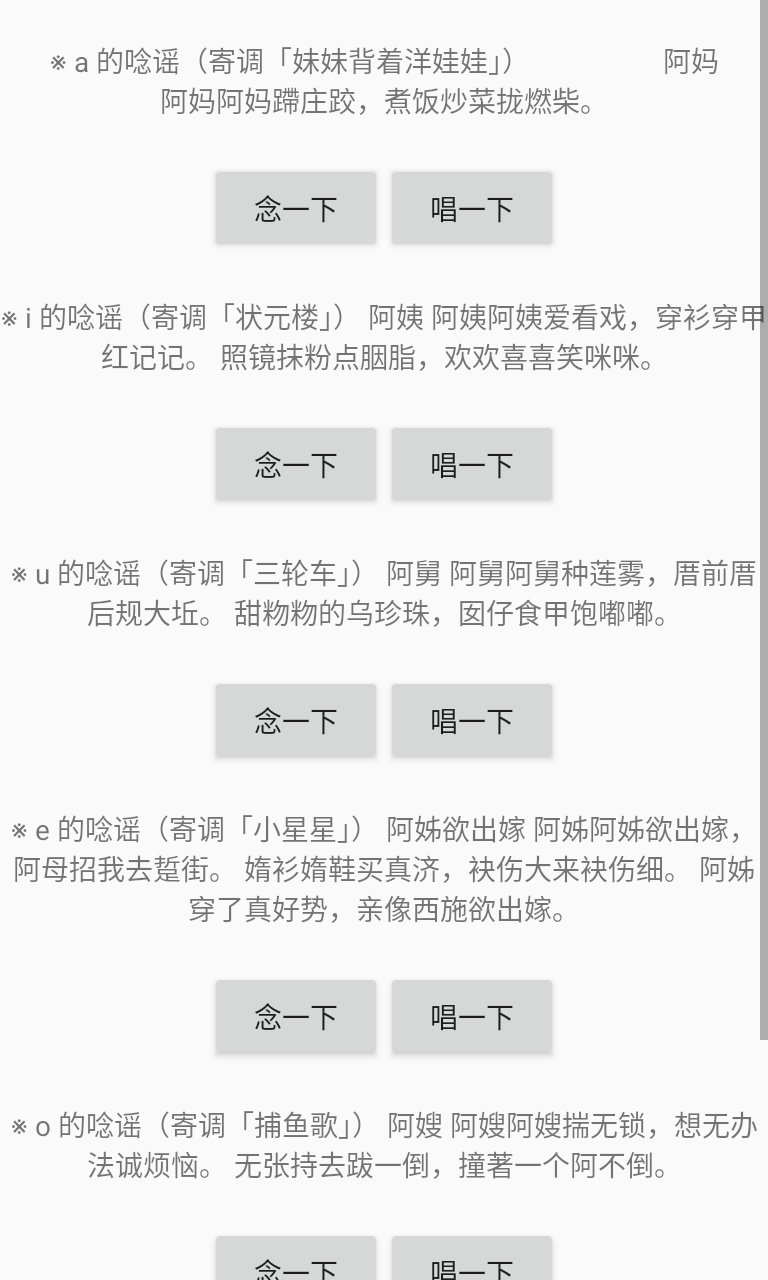
Repository: DIRONY/MinXue
Layout: MinXue/res/layout/fragment_nianyao.xml
These files come from the project's save history. The layout is drawn as it stood at one moment and after the next save; the edit follows.
It is drawn on a 768 x 1280 px phone screen (xhdpi) without system bars, with theme AppTheme; the app's code is not run.

Above is the layout before, as saved 2014-12-03 06:36:18.

### MinXue/res/layout/fragment_nianyao.xml
<?xml version="1.0" encoding="utf-8"?>
<ScrollView xmlns:android="http://schemas.android.com/apk/res/android"
    android:layout_width="match_parent"
    android:layout_height="match_parent" >

    <LinearLayout
        android:layout_width="match_parent"
        android:layout_height="wrap_content"
        android:orientation="vertical" >

        <TextView
            android:layout_width="match_parent"
            android:layout_height="wrap_content"
            android:layout_gravity="fill_vertical"
            android:layout_marginTop="20dp"
            android:gravity="center"
            android:text="※ a 的唸谣（寄调「妹妹背着洋娃娃」）
                  阿妈
                      阿妈阿妈蹛庄跤，煮饭炒菜拢燃柴。"/>

        <LinearLayout
            android:layout_width="wrap_content"
            android:layout_height="wrap_content"
            android:layout_gravity="center"
            android:layout_marginTop="20dp"
            android:orientation="horizontal" >

            <Button
                android:id="@+id/a_read"
                android:layout_width="wrap_content"
                android:layout_height="wrap_content"
                style="?android:attr/button"
                android:text="念一下" />

            <Button
                android:id="@+id/a_sing"
                android:layout_width="wrap_content"
                android:layout_height="wrap_content"
                style="?android:attr/button"
                android:text="唱一下" />
        </LinearLayout>

        <TextView
            android:layout_width="match_parent"
            android:layout_height="wrap_content"
            android:layout_gravity="fill_vertical"
            android:layout_marginTop="20dp"
            android:gravity="center"
            android:text="※ i 的唸谣（寄调「状元楼」）
阿姨
阿姨阿姨爱看戏，穿衫穿甲红记记。
照镜抹粉点胭脂，欢欢喜喜笑咪咪。" />

        <LinearLayout
            android:layout_width="wrap_content"
            android:layout_height="wrap_content"
            android:layout_gravity="center"
            android:layout_marginTop="20dp"
            android:orientation="horizontal" >

            <Button
                android:id="@+id/i_read"
                style="?android:attr/button"
                android:layout_width="wrap_content"
                android:layout_height="wrap_content"
                android:text="念一下" />

            <Button
                android:id="@+id/i_sing"
                style="?android:attr/button"
                android:layout_width="wrap_content"
                android:layout_height="wrap_content"
                android:text="唱一下" />
        </LinearLayout>

        <TextView
            android:layout_width="match_parent"
            android:layout_height="wrap_content"
            android:layout_gravity="fill_vertical"
            android:layout_marginTop="20dp"
            android:gravity="center"
            android:text="※ u 的唸谣（寄调「三轮车」）
阿舅
阿舅阿舅种莲雾，厝前厝后规大坵。
甜粅粅的乌珍珠，囡仔食甲饱嘟嘟。" />
         <LinearLayout
            android:layout_width="wrap_content"
            android:layout_height="wrap_content"
            android:layout_gravity="center"
            android:layout_marginTop="20dp"
            android:orientation="horizontal" >

            <Button
                android:id="@+id/u_read"
                style="?android:attr/button"
                android:layout_width="wrap_content"
                android:layout_height="wrap_content"
                android:text="念一下" />

            <Button
                android:id="@+id/u_sing"
                style="?android:attr/button"
                android:layout_width="wrap_content"
                android:layout_height="wrap_content"
                android:text="唱一下" />
        </LinearLayout>
         <TextView
            android:layout_width="match_parent"
            android:layout_height="wrap_content"
            android:layout_gravity="fill_vertical"
            android:layout_marginTop="20dp"
            android:gravity="center"
            android:text="※ e 的唸谣（寄调「小星星」）
阿姊欲出嫁
阿姊阿姊欲出嫁，阿母招我去踅街。
媠衫媠鞋买真济，袂伤大来袂伤细。
阿姊穿了真好势，亲像西施欲出嫁。" />
          <LinearLayout
            android:layout_width="wrap_content"
            android:layout_height="wrap_content"
            android:layout_gravity="center"
            android:layout_marginTop="20dp"
            android:orientation="horizontal" >

            <Button
                android:id="@+id/e_read"
                style="?android:attr/button"
                android:layout_width="wrap_content"
                android:layout_height="wrap_content"
                android:text="念一下" />

            <Button
                android:id="@+id/e_sing"
                style="?android:attr/button"
                android:layout_width="wrap_content"
                android:layout_height="wrap_content"
                android:text="唱一下" />
        </LinearLayout>
         <TextView
            android:layout_width="match_parent"
            android:layout_height="wrap_content"
            android:layout_gravity="fill_vertical"
            android:layout_marginTop="20dp"
            android:gravity="center"
            android:text="※ o 的唸谣（寄调「捕鱼歌」）
阿嫂
阿嫂阿嫂揣无锁，想无办法诚烦恼。
无张持去跋一倒，撞著一个阿不倒。" />
           <LinearLayout
            android:layout_width="wrap_content"
            android:layout_height="wrap_content"
            android:layout_gravity="center"
            android:layout_marginTop="20dp"
            android:orientation="horizontal" >

            <Button
                android:id="@+id/o_read"
                style="?android:attr/button"
                android:layout_width="wrap_content"
                android:layout_height="wrap_content"
                android:text="念一下" />

            <Button
                android:id="@+id/o_sing"
                style="?android:attr/button"
                android:layout_width="wrap_content"
                android:layout_height="wrap_content"
                android:text="唱一下" />
        </LinearLayout>
          <TextView
            android:layout_width="match_parent"
            android:layout_height="wrap_content"
            android:layout_gravity="fill_vertical"
            android:layout_marginTop="20dp"
            android:gravity="center"
            android:text="※ oo 的唸谣（寄调「小甜甜」）
阿祖
阿祖阿祖起烘炉，鰇鱼烘甲酥稣稣。
芳味冲甲规条路，孙仔食甲揽腹肚。" />
            <LinearLayout
            android:layout_width="wrap_content"
            android:layout_height="wrap_content"
            android:layout_gravity="center"
            android:layout_marginTop="20dp"
            android:orientation="horizontal" >

            <Button
                android:id="@+id/oo_read"
                style="?android:attr/button"
                android:layout_width="wrap_content"
                android:layout_height="wrap_content"
                android:text="念一下" />

            <Button
                android:id="@+id/oo_sing"
                style="?android:attr/button"
                android:layout_width="wrap_content"
                android:layout_height="wrap_content"
                android:text="唱一下" />
        </LinearLayout>
    </LinearLayout>
</ScrollView>

### MinXue/res/drawable/actionbar_tab_indicator.xml
<?xml version="1.0" encoding="utf-8"?>
<selector xmlns:android="http://schemas.android.com/apk/res/android" >
    <!-- STATES WHEN BUTTON IS NOT PRESSED -->

    <!-- Non focused states -->
    <item android:state_focused="false" android:state_selected="false"
          android:state_pressed="false"
          android:drawable="@color/softyellow" />
    <item android:state_focused="false" android:state_selected="true"
          android:state_pressed="false"
          android:drawable="@color/softred" />

    <!-- Focused states (such as when focused with a d-pad or mouse hover) -->
    <item android:state_focused="true" android:state_selected="false"
          android:state_pressed="false"
          android:drawable="@color/softyellow" />
    <item android:state_focused="true" android:state_selected="true"
          android:state_pressed="false"
          android:drawable="@color/softred" />


<!-- STATES WHEN BUTTON IS PRESSED -->

    <!-- Non focused states -->
    <item android:state_focused="false" android:state_selected="false"
          android:state_pressed="true"
          android:drawable="@color/softyellow" />
    <item android:state_focused="false" android:state_selected="true"
        android:state_pressed="true"
        android:drawable="@color/softred" />

    <!-- Focused states (such as when focused with a d-pad or mouse hover) -->
    <item android:state_focused="true" android:state_selected="false"
          android:state_pressed="true"
          android:drawable="@color/softyellow" />
    <item android:state_focused="true" android:state_selected="true"
          android:state_pressed="true"
          android:drawable="@color/softred" />

</selector>

### MinXue/res/values/color.xml
<?xml version="1.0" encoding="utf-8"?>
<resources>
    <color name="deepblue">#0067a6</color>
    <color name="tab_background_color">#f2e7da</color>
    <color name="softgreen">#008972</color>
    <color name="softyellow">#efc028</color>
    <color name="softred">#f2572d</color>

</resources>

Loaded but not shown: MinXue/res/values/styles.xml (common file); MinXue/res/values-v11/styles.xml (common file); MinXue/res/values-v14/styles.xml (common file)

After the next save:
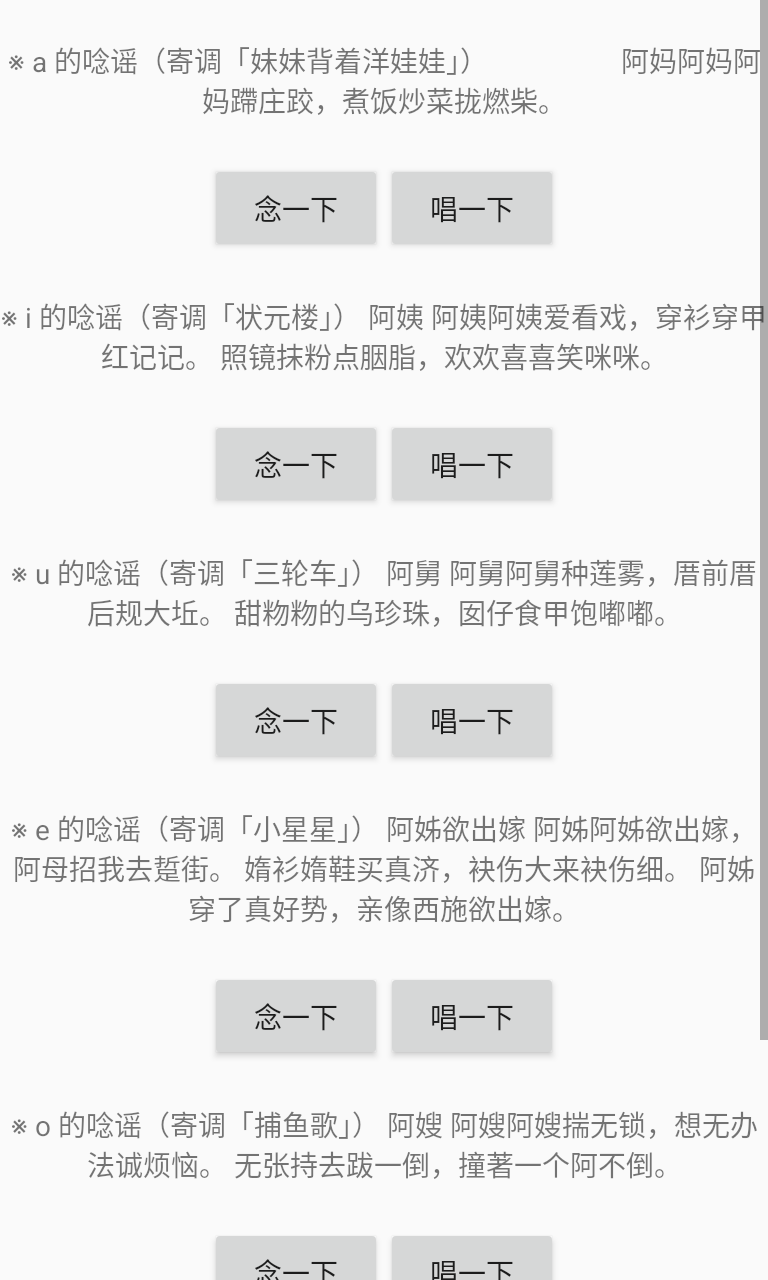
Saved 84 s later.
--- a/MinXue/res/layout/fragment_nianyao.xml
+++ b/MinXue/res/layout/fragment_nianyao.xml
@@ -15,8 +15,7 @@
             android:layout_marginTop="20dp"
             android:gravity="center"
             android:text="※ a 的唸谣（寄调「妹妹背着洋娃娃」）
-                  阿妈
-                      阿妈阿妈蹛庄跤，煮饭炒菜拢燃柴。"/>
+                  阿妈阿妈阿妈蹛庄跤，煮饭炒菜拢燃柴。"/>
 
         <LinearLayout
             android:layout_width="wrap_content"

After the save that followed:
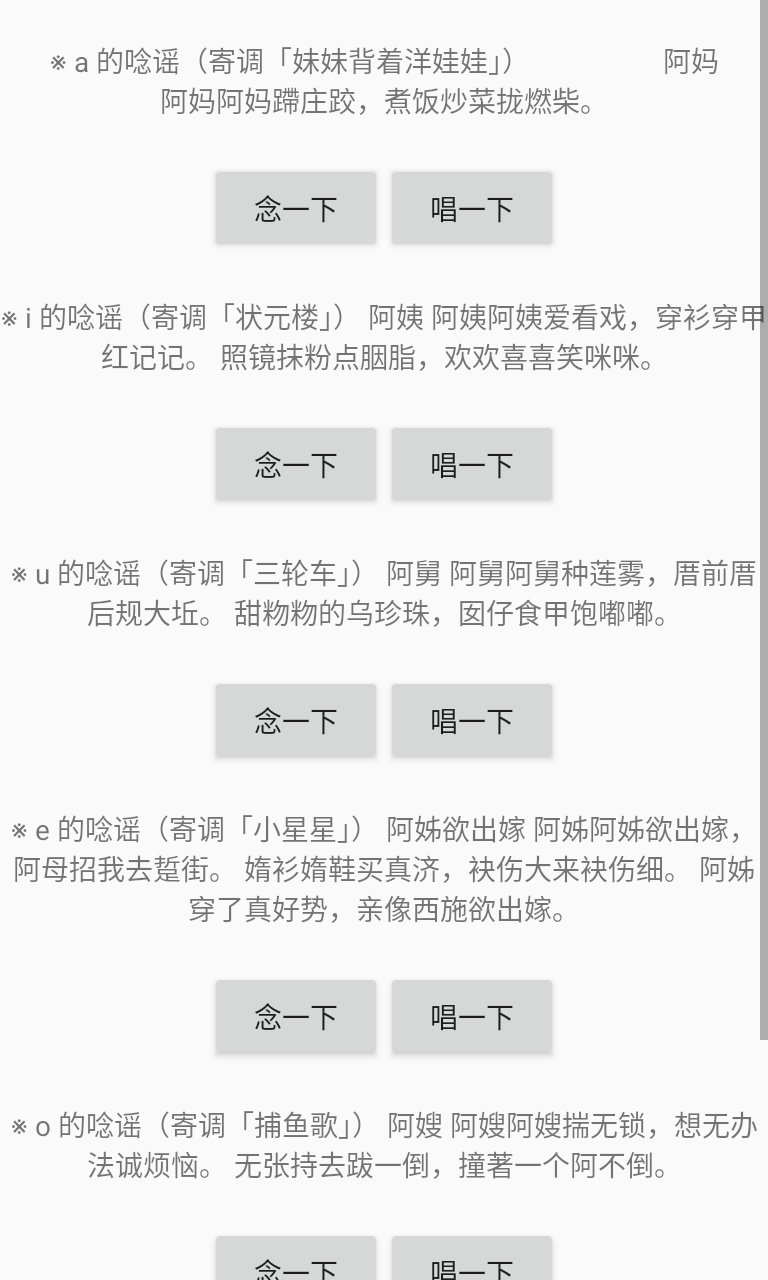
Saved 71 s later.
--- a/MinXue/res/layout/fragment_nianyao.xml
+++ b/MinXue/res/layout/fragment_nianyao.xml
@@ -15,7 +15,9 @@
             android:layout_marginTop="20dp"
             android:gravity="center"
             android:text="※ a 的唸谣（寄调「妹妹背着洋娃娃」）
-                  阿妈阿妈阿妈蹛庄跤，煮饭炒菜拢燃柴。"/>
+                  阿妈
+
+                  阿妈阿妈蹛庄跤，煮饭炒菜拢燃柴。"/>
 
         <LinearLayout
             android:layout_width="wrap_content"
